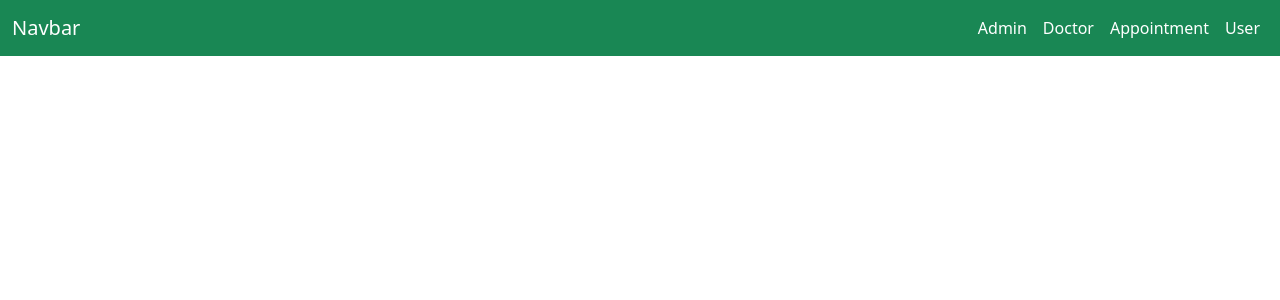
Repository: Anikett-777/app-auth
Page: http://localhost/Hospital_management_System_02/
The author's editor kept a copy of each file at every save. The page is drawn from the files as they stood at one save, then again after the next save.
The browser window is 1280 px wide. The pictures show the whole page.
Some web libraries are served in a nearby version. The page is served by Tomcat 9. Other server files are loaded and not shown.

Above is the page before, as saved 2025-12-03 10:16:02.

### Hospital_management_System_02/src/main/webapp/index.jsp
<%@ page language="java" contentType="text/html; charset=UTF-8"
	pageEncoding="UTF-8"%>
<!DOCTYPE html>
<html>
<head>
<meta charset="UTF-8">
<title>Index Page</title>
<%@ include file="components/allcss.jsp" %>
</head>
<body>
<%@include file="components/navbar.jsp" %>



</body>

</html>

### Hospital_management_System_02/src/main/webapp/components/allcss.jsp
<link
	href="https://cdn.jsdelivr.net/npm/bootstrap@5.3.8/dist/css/bootstrap.min.css"
	rel="stylesheet"
	integrity="sha384-sRIl4kxILFvY47J16cr9ZwB07vP4J8+LH7qKQnuqkuIAvNWLzeN8tE5YBujZqJLB"
	crossorigin="anonymous">

<link rel="stylesheet"
	href="https://cdnjs.cloudflare.com/ajax/libs/font-awesome/7.0.1/css/all.min.css"
	integrity="sha512-2SwdPD6INVrV/lHTZbO2nodKhrnDdJK9/kg2XD1r9uGqPo1cUbujc+IYdlYdEErWNu69gVcYgdxlmVmzTWnetw=="
	crossorigin="anonymous" referrerpolicy="no-referrer" />

	<script
		src="https://cdn.jsdelivr.net/npm/bootstrap@5.3.8/dist/js/bootstrap.bundle.min.js"
		integrity="sha384-FKyoEForCGlyvwx9Hj09JcYn3nv7wiPVlz7YYwJrWVcXK/BmnVDxM+D2scQbITxI"
		crossorigin="anonymous"></script>

### Hospital_management_System_02/src/main/webapp/components/navbar.jsp
<nav class="navbar navbar-expand-lg navbar-dark bg-success">
	<div class="container-fluid">
		<a class="navbar-brand" href="#">Navbar</a>
		<button class="navbar-toggler" type="button" data-bs-toggle="collapse"
			data-bs-target="#navbarSupportedContent"
			aria-controls="navbarSupportedContent" aria-expanded="false"
			aria-label="Toggle navigation">
			<span class="navbar-toggler-icon"></span>
		</button>
		<div class="collapse navbar-collapse" id="navbarSupportedContent">
			<ul class="navbar-nav ms-auto mb-2 mb-lg-0">
				<li class="nav-item"><a class="nav-link active"
					aria-current="page" href="#">Admin</a></li>
				<li class="nav-item"><a class="nav-link active"
					aria-current="page" href="#">Doctor</a></li>
				<li class="nav-item"><a class="nav-link active"
					aria-current="page" href="#">Appointment</a></li>
					<li class="nav-item"><a class="nav-link active"
					aria-current="page" href="#">User</a></li>

				<!--    <li class="nav-item dropdown">
          <a class="nav-link dropdown-toggle" href="#" role="button" data-bs-toggle="dropdown" aria-expanded="false">
            Dropdown
          </a>
          <ul class="dropdown-menu">
            <li><a class="dropdown-item" href="#">Action</a></li>
            <li><a class="dropdown-item" href="#">Another action</a></li>
            <li><hr class="dropdown-divider"></li>
            <li><a class="dropdown-item" href="#">Something else here</a></li>
          </ul>
        </li> -->


			</ul>
		</div>
	</div>
</nav>

After the next save:
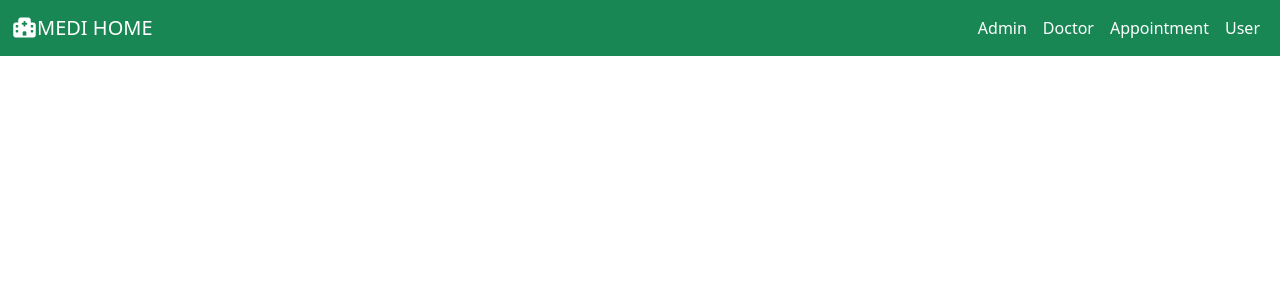
Saved 78 s later.
--- a/Hospital_management_System_02/src/main/webapp/components/navbar.jsp
+++ b/Hospital_management_System_02/src/main/webapp/components/navbar.jsp
@@ -1,6 +1,6 @@
 <nav class="navbar navbar-expand-lg navbar-dark bg-success">
 	<div class="container-fluid">
-		<a class="navbar-brand" href="#">Navbar</a>
+		<a class="navbar-brand" href="#"><i class="fa-solid fa-hospital"></i>MEDI HOME</a>
 		<button class="navbar-toggler" type="button" data-bs-toggle="collapse"
 			data-bs-target="#navbarSupportedContent"
 			aria-controls="navbarSupportedContent" aria-expanded="false"
